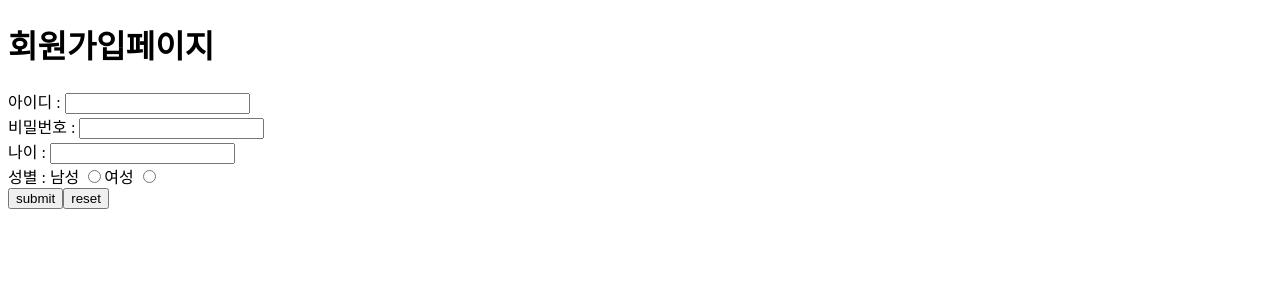
Repository: emthrology/servertest
Page: http://localhost/practices/views/member/join.jsp
The author's editor kept a copy of each file at every save. The page is drawn from the files as they stood at one save, then again after the next save.
The browser window is 1280 px wide. The pictures show the whole page.
The page is served by Tomcat 9.

Above is the page before, as saved 2019-05-17 02:50:54.

After the next save:
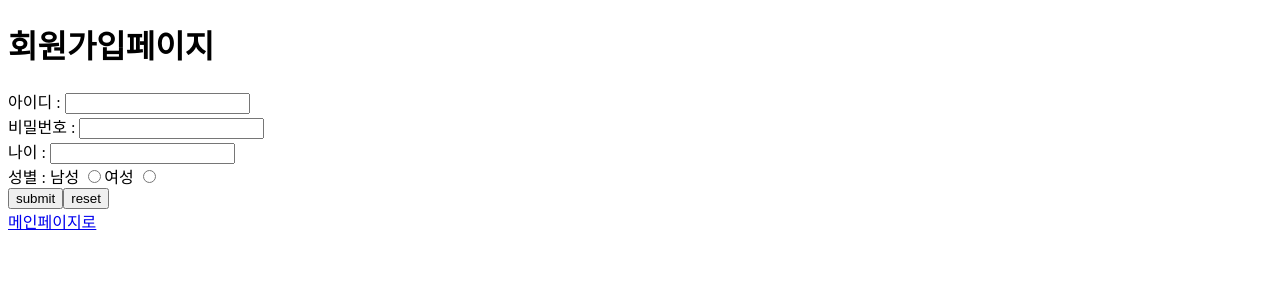
Saved 69 s later.
--- a/apache/practices/WebContent/views/member/join.jsp
+++ b/apache/practices/WebContent/views/member/join.jsp
@@ -13,7 +13,8 @@
 		비밀번호 : <input type="password" name="memberPw"><br>
 		나이 : <input type="text" name="age"><br>
 		성별 : 남성 <input type="radio" name="sex" value="1" >여성 <input type="radio" name="sex" value="2" ><br>
-		<input type="submit" value="submit"><input type="reset" value="reset">
+		<input type="submit" value="submit"><input type="reset" value="reset"><br>
+		<a href="/">메인페이지로</a>
 	</form>
 </body>
 </html>
